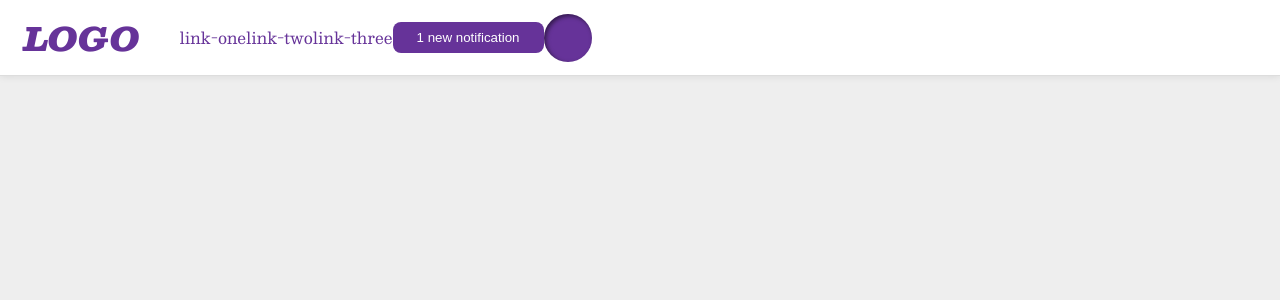
Repository: evemcd/odin_project
Page: 06-odin-css-flex/03-flex-header-2/index.html
An editor plug-in stored every save of this project. The page is shown before and after the next save, followed by the edit.
The browser window is 1280 px wide. The pictures show the whole page.

Above is the page before, as saved 2022-02-03 09:06:28.

After the next save:
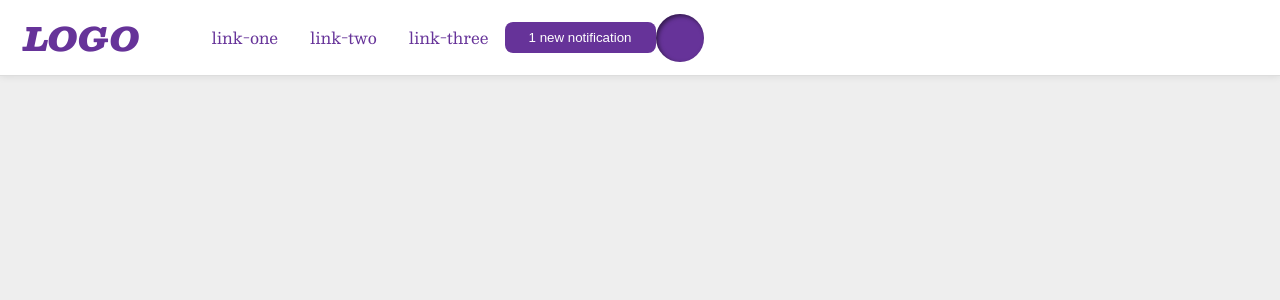
Saved 48 s later.
--- a/06-odin-css-flex/03-flex-header-2/style.css
+++ b/06-odin-css-flex/03-flex-header-2/style.css
@@ -30,7 +30,7 @@ body {
     font-size: 32px;
     font-weight: 900;
     font-style: italic;
-    margin-left: 16px;
+    margin: 0 16px 0 16px;
 }
 
 button {
@@ -54,4 +54,5 @@ ul {
 
 li {
     /* flex: 1; */
+    margin: 0 16px 0 16px;
 }
